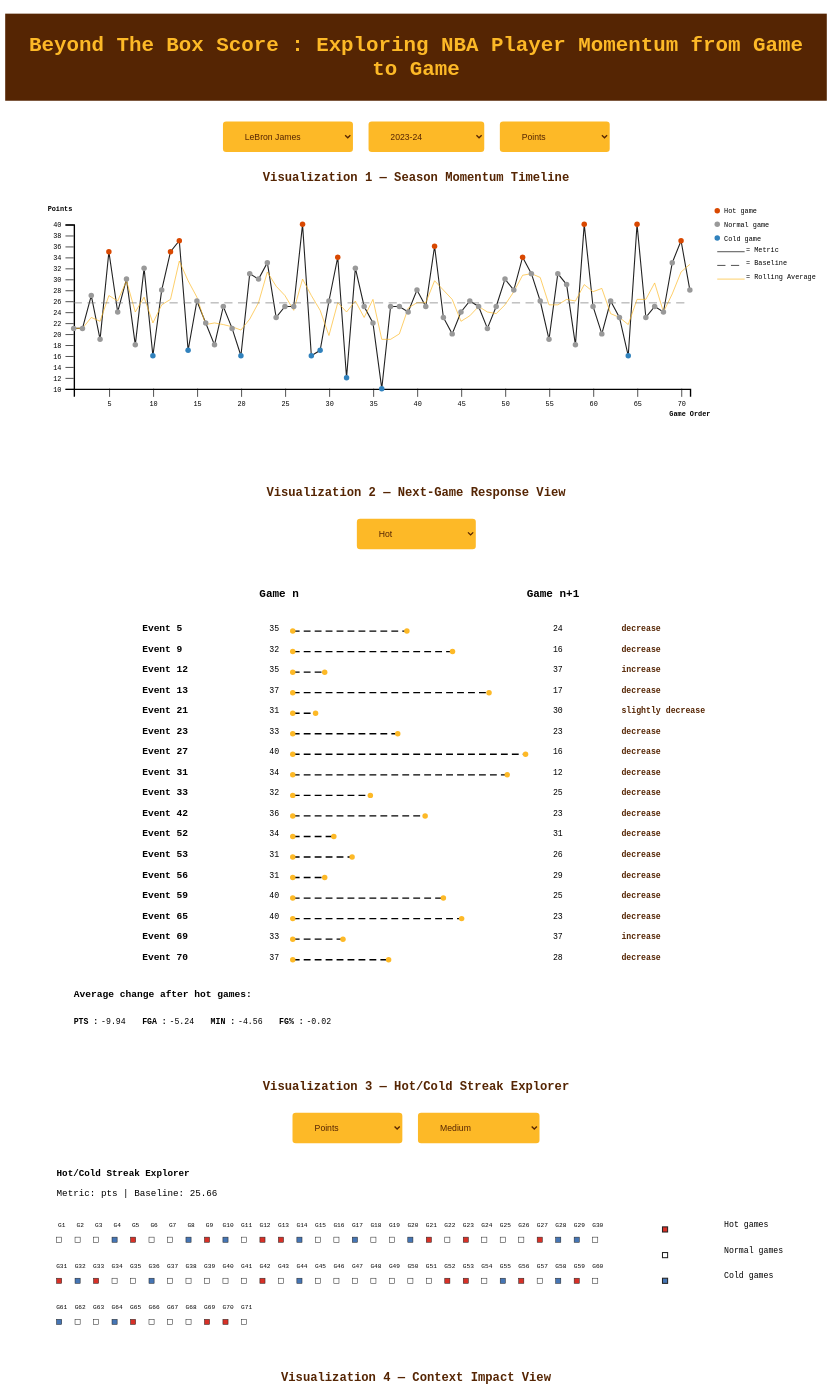
Repository: houdafatih/Data-Viz-Project
Page: index.html
The author's editor kept a copy of each file at every save. The page is drawn from the files as they stood at one save, then again after the next save.
The browser window is 1280 px wide. The pictures show the whole page, at 65% of full size.

Above is the page before, as saved 2026-06-21 03:01:49.

### index.html
<!DOCTYPE html>
<html>
   <head>
    <meta charset="UTF-8"/>
    <title>Beyond The Box Score</title>
    <link rel="stylesheet" href="style.css" >
  </head>
  <body>
     <h1>Beyond The Box Score : Exploring NBA Player Momentum from Game to Game</h1>

     <div class="selection">
        <select id="playerSelect">
            <option selected disabled>Select a Player</option>
        </select>

        <select id="seasonSelect">
            <option selected disabled>Select a Season</option>
        </select>

        <select id="metricSelect">
            <option selected disabled>Select a metric</option>
            <option value="pts">Points</option>
            <option value="fga">FGA</option>
            <option value="min">Minutes</option>
            <option value="fg_pct">FG%</option>
            <option value="plus_minus">Plus/Minus</option>
        </select>
     </div>

     <h3>Visualization 1 — Season Momentum Timeline</h3>
     <div id="vizual1"></div>

     <h3>Visualization 2 — Next-Game Response View</h3>
     <div class="selection">
        <select id="performanceSelect">
            <option selected disabled>Select event type</option>
            <option value="all">All</option>
            <option value="hot">Hot</option>
            <option value="cold">Cold</option>
            <option value="normal">Normal</option>
        </select>
     </div>
     <div id="vizual2"></div>

     <h3>Visualization 3 — Hot/Cold Streak Explorer</h3>
     <div class="selection">
        <select id="metricSelectV3">
            <option selected disabled>Select a metric</option>
            <option value="pts">Points</option>
            <option value="fga">FGA</option>
            <option value="min">Minutes</option>
            <option value="fg_pct">FG%</option>
            <option value="plus_minus">Plus/Minus</option>
        </select>
        <select id="thresholdSelect">
        <option selected disabled>Select a threshold</option>
            <option value="loose">Loose</option>
            <option value="medium">Medium</option>
            <option value="strict">Strict</option>
        </select>
     </div>
     <div id="vizual3"></div>


     <h3>Visualization 4 — Context Impact View</h3>
     <div id="vizual4"></div>

  </body>
  <script src="https://d3js.org/d3.v7.min.js"></script>
  <script type="module" src="index.js"></script>
</html>

### style.css
body{
    padding: 0px;
}
h1{
  text-align: center;
  font-size: 2rem;
  font-family: "Courier New", Courier, monospace;
  color : #fdb927;
  background-color: #552503;
  padding: 30px;

}
.selection{
    text-align: center;
}
select{
    margin: 10px;
    padding: 15px 30px;
    border-radius: 5px;
    border: none;
    background: #fdb927;
    color:#552503;

}
select option:hover{
    background-color: #fdb927;
}



h3{
    color: #552503;
    font-family: "Courier New", Courier, monospace;
    text-align: center;
}
.tick{
    font-size: 5px;
}
line{
    stroke-width: 0.5px;
}
.label{
    color: #552503;
    font-family: "Courier New", Courier, monospace;
    font-weight: bold;
}

.tooltip{
    position: fixed;
    background: wheat;
    border: 1px solid #ccc;
    padding: 10px;
    font-size: 15px;
    opacity: 0;
    pointer-events: none;

}
text{
    font-family: "Courier New", Courier, monospace;
}
.tooltip2{
    position: fixed;
    background: #fdb927;
    border: 1px solid #ccc;
    padding: 10px;
    font-size: 15px;
    visibility: hidden;
    pointer-events: none;
}
.line2{
    stroke-width: 1px;
}

### index.js
import {playersData,seasonData} from "./scripts/utils.js";
import { drawVisualization1 } from "./scripts/visualization1.js";
import { drawVisualization2 } from "./scripts/visualization2.js";
import { drawVisualization3 } from "./scripts/visualization3.js";

d3.csv("data/nba.csv").then(function(data){

   data.forEach(element => {
        element.player_id = +element.player_id
        element.game_index = +element.game_index
        element.pts = +element.pts
        element.fga = +element.fga
        element.min = +element.min
        element.fg_pct = +element.fg_pct
        element.plus_minus = +element.plus_minus
        element.next_pts = +element.next_pts
        element.next_fga = +element.next_fga
        element.next_min = +element.next_min
        element.next_fg_pct = +element.next_fg_pct
        element.rolling_pts_avg_3 = +element.rolling_pts_avg_3
        element.baseline_pts = +element.baseline_pts
        element.pts_diff_from_baseline = +element.pts_diff_from_baseline
        element.streak_length = +element.streak_length
   });

   playersData(data)
   seasonData(data)

   const nba_data = data

   d3.select("#playerSelect").property("value",nba_data[0].player_name)

   d3.select("#seasonSelect").property("value",nba_data[0].season_year)

   d3.select("#metricSelect").property("value","pts")

   d3.select("#performanceSelect").property("value","hot")

   d3.select("#metricSelectV3").property("value","pts")

   d3.select("#thresholdSelect").property("value","medium")

   updateVisualizations(nba_data)


   d3.select("#playerSelect").on("change",() => updateVisualizations(nba_data))
   d3.select("#seasonSelect").on("change",() => updateVisualizations(nba_data))
   d3.select("#metricSelect").on("change",() => updateVisualizations(nba_data))
   d3.select("#performanceSelect").on("change",() => updateVisualizations(nba_data))
   d3.select("#metricSelectV3").on("change",() => updateVisualizations(nba_data))
   d3.select("#thresholdSelect").on("change",() => updateVisualizations(nba_data))

})

function updateVisualizations(nba_data){
    const player = d3.select("#playerSelect").property("value")
    const season = d3.select("#seasonSelect").property("value")
    const metric = d3.select("#metricSelect").property("value")

    const eventT = d3.select("#performanceSelect").property("value")

    const metricv3 = d3.select("#metricSelectV3").property("value")
    const threshold =d3.select("#thresholdSelect").property("value")

    if(player === "Select a Player" || season === "Select a Season" || metric === "Select a metric"){
        return
    }

    let data_filter = nba_data.filter(d => d.player_name === player && d.season_year == season)
    drawVisualization1(data_filter,"#vizual1",metric)

    if(eventT === "Select event type"){
        return
    }
    drawVisualization2(data_filter,"#vizual2",metric,eventT)

    if(metricv3 === "Select a metric" || threshold === "Select a threshold"){
        return
    }
    drawVisualization3(data_filter,"#vizual3",metricv3,threshold)
}

### scripts/utils.js
export function playersData(data){
    const players_list = [...new Set(data.map(dt => dt.player_name))]

    d3.select("#playerSelect").selectAll(".players-options").data(players_list)
    .enter().append("option").attr("class","players-options").attr("value",dt=>dt).text(dt => dt)
}

export function seasonData(data){
    const seasons_list = [...new Set(data.map(dt => dt.season_year))]
    d3.select("#seasonSelect").selectAll(".seasons-options").data(seasons_list)
    .enter().append("option").attr("class","seasons-options").attr("value",dt=>dt).text(dt => dt)
}

### scripts/visualization1.js
export function drawVisualization1(data,id,metric){
     if(data.length === 0) {
        clearCanvas(id)
        return
    }
     const canvas = createCanvas()

     clearCanvas(id)

     const svg = addSvg(id,canvas)
     const sc = addScales(data,canvas,metric)

     addAxes(svg,sc,canvas)
     addMetricLine(svg,sc,data,metric)
     addAverageLine(svg,sc,data,metric)
     addBaselineLine(svg,sc,data,metric)
     addPoints(svg,sc,data,metric)
     addLabels(svg,canvas,metric)

     addLegends(svg,canvas)
}

function createCanvas(){
    return{
        width : 600, height: 200, margin:{top: 20,right:100, bottom:60, left:50}
    }
}

function clearCanvas(id){
    d3.select(id).html("")
}

function addSvg(id,canvas){
    return d3.select(id).append("svg").attr("viewBox",`0 0 ${canvas.width} ${canvas.height}`)
}

function addScales(data,canvas,metric){
    const xScale =
    d3.scaleLinear().domain(d3.extent(data,dt => dt.game_index))
    .range([canvas.margin.left,canvas.width - canvas.margin.right])

    const yScale =
      d3.scaleLinear().domain([d3.min(data,d => d[metric]),d3.max(data,d => d[metric])])
      .nice().range([canvas.height - canvas.margin.bottom,canvas.margin.top])

    return {xScale,yScale}
}

function addAxes(svg, scales, canvas){
    svg.append("g").attr("transform",`translate(0, ${canvas.height - canvas.margin.bottom})`)
    .call(d3.axisBottom(scales.xScale))

    svg.append("g").attr("transform",`translate(${canvas.margin.left},0)`)
    .call(d3.axisLeft(scales.yScale))
}

function addMetricLine(svg,scales,data,metric){
    let line = d3.line().x(d => scales.xScale(d.game_index)).y(d => scales.yScale(d[metric]))

    svg.append("path").datum(data).attr("fill","none").attr("stroke","#222")
     .attr("stroke-width",0.8).attr("d",line)
}

function addAverageLine(svg,scales,data,metric){
    if(metric != "pts") return
    let avg_line = d3.line().x(d => scales.xScale(d.game_index)).y(d => scales.yScale(d.rolling_pts_avg_3))

    svg.append("path").datum(data).attr("fill","none").attr("stroke","#fdb927")
     .attr("stroke-width",0.5).attr("d",avg_line)
}

function addBaselineLine(svg,scales,data,metric){

    let base_line = d3.mean(data,d => d[metric])


    svg.append("line")
    .attr("x1",scales.xScale(d3.min(data,dt => dt.game_index))).attr("x2",scales.xScale(d3.max(data,dt => dt.game_index)))
    .attr("y1",scales.yScale(base_line)).attr("y2",scales.yScale(base_line))
    .attr("stroke","#777").attr("stroke-dasharray","6 4")
}

function addPoints(svg,scales,data,metric){
    const tooltip = toolTip()

    svg.selectAll("circle").data(data).enter()
     .append("circle").attr("class","game-pt")
     .attr("cx", d => scales.xScale(d.game_index))
     .attr("cy",d => scales.yScale(d[metric]))
     .attr("r",2).attr("fill",d => colorPoint(d.performance_label))
     .on("mouseover",function(event,d){
        d3.select(this).attr("r",3)
        tooltip.style("opacity",1).html(tooltipInformations(d))
     })
     .on("mousemove",function(event){
        tooltip.style("left",event.clientX+15+"px")
          .style("top",event.clientY-20+"px")
     })
     .on("mouseout",function(){
        d3.select(this)
        .attr("r",2)
        tooltip.style("opacity",0)
     })
     //.on("click",function(event,d){
       // highlightGameandNextGame(svg,data,d)
    // })



}

function colorPoint(perf){
    if(perf === "hot") return "#d94801"
    if(perf === "cold") return "#3182bd"
    return "#999"
}

function addLabels(svg,canvas,metric){
    svg.append("text").attr("class","label")
    .attr("x",canvas.width - 100).attr("y",canvas.height-40)
    .attr("text-anchor","middle").attr("font-size","5px")
    .text("Game Order")

    svg.append("text").attr("class","label")
    .attr("x",40).attr("y",10)
    .attr("text-anchor","middle").attr("font-size","5px")
    .text(metricName(metric))
}

function metricName(metric){
    if(metric === "pts") return "Points"
    if(metric === "fga") return "Field Goal Attempts"
    if(metric === "min") return "Minutes"
    if(metric === "fg_pct") return "Field Goal Percentage"
    if(metric === "plus_minus") return "Plus / Minus"
}

function addLegends(svg,canvas){
    const lg = svg.append("g").attr("transform",
        `translate(${canvas.width - canvas.margin.right+20},${canvas.margin.top-10})`)


    lg.append("circle").attr("cx",0).attr("cy",0).attr("r",2).attr("fill","#d94801")
    lg.append("text").attr("x",5).attr("y",2).text("Hot game").attr("font-size","5px")

    lg.append("circle").attr("cx",0).attr("cy",10).attr("r",2).attr("fill","#999")
    lg.append("text").attr("x",5).attr("y",12).text("Normal game").attr("font-size","5px")

    lg.append("circle").attr("cx",0).attr("cy",20).attr("r",2).attr("fill","#3182bd")
    lg.append("text").attr("x",5).attr("y",22).text("Cold game").attr("font-size","5px")


    lg.append("line").attr("x1",0).attr("x2",20).attr("y1",30).attr("y2",30)
    .attr("stroke","black").attr("stroke-width",2)
    lg.append("text").attr("x",21).attr("y",30).text(" = Metric").attr("font-size","5px")

    lg.append("line").attr("x1",0).attr("x2",20).attr("y1",40).attr("y2",40)
    .attr("stroke","black").attr("stroke-dasharray","6 4")
    lg.append("text").attr("x",21).attr("y",40).text(" = Baseline").attr("font-size","5px")

    lg.append("line").attr("x1",0).attr("x2",20).attr("y1",50).attr("y2",50)
    .attr("stroke-width",2).attr("stroke","#fdb927")
    lg.append("text").attr("x",21).attr("y",50).text(" = Rolling Average").attr("font-size","5px")
}

function toolTip(){
    let tooltip = d3.select("body").select(".tooltip")
    if(tooltip.empty()){
        tooltip = d3.select("body").append("div").attr("class","tooltip")
    }

    return tooltip
}

function tooltipInformations(data){
    return `<strong> Game ${data.game_index} </strong><br>
            Date : ${data.game_date}<br>
            Home/Away : ${data.home_away}<br>
            Points : ${data.pts}<br>
            Minutes : ${data.min}<br>
            FGA : ${data.fga}<br>
            Next Game Points : ${data.next_pts}<br>`
}

function highlightGameandNextGame(svg,data,selected){
    const nextG = data.find(d => d.game_index === selected.game_index + 1)

    svg.selectAll(".game-point").attr("r",8).attr("stroke","none").attr("opacity",0.4)

    svg.selectAll(".game-point").filter(d => d.game_index === selected.game_index)
    .attr("stroke","black").attr("stroke-width",3).attr("r",5).attr("opacity",1)

    if(nextG){
        svg.selectAll(".game-point").filter(d => d.game_index === nextG.game_index)
       .attr("stroke","#3182bd").attr("stroke-width",3).attr("r",8).attr("opacity",1)
    }
}

### scripts/visualization2.js
export function drawVisualization2(data,id,metric,eventT){
    if(data.length === 0) {
        clearCanvas(id)
        return
    }


     let new_data = createData(data,metric)

     if(eventT !== "all"){
        new_data = new_data.filter(d => performance_filter(d.current_g,data,metric) === eventT)
     }

     const canvas = createCanvas(new_data)

     clearCanvas(id)

     const svg = addSvg(id,canvas)

     draw_Header(svg,200,400)
     draw_Rows(svg,new_data,200,400,canvas.margin,15)
     addSummaryCard(svg,new_data,eventT,canvas)

}
function createCanvas(new_data){
    return{
        width : 600, height: 100 + new_data.length *16 , margin:{top: 20,right:100, bottom:60, left:50}
    }
}

function clearCanvas(id){
    d3.select(id).html("")
}

function addSvg(id,canvas){
    return d3.select(id).append("svg").attr("viewBox",`0 0 ${canvas.width} ${canvas.height}`)
}

function createData(data,metric){
   const new_data = data.slice().sort((a,b) => a.game_index - b.game_index)

   return new_data.slice(0,-1).map((d,j) => {
      const nextG = new_data[j+1]

      return {
        eventN: j+1,
        game_idx : d.game_index,
        nextg_index : nextG.game_index,
        current_v: d[metric],
        next_v : nextG[metric],
        difference : nextG[metric] - d[metric],
        current_g : d,
        next_g : nextG
      }
   })
}

function draw_Header(svg,left,right){
    svg.append("text").attr("x",left).attr("y",30)
    .attr("text-anchor","middle").attr("font-weight","bold").attr("font-size","8px").text("Game n")

    svg.append("text").attr("x",right).attr("y",30)
    .attr("text-anchor","middle").attr("font-weight","bold").attr("font-size","8px").text("Game n+1")

}

function draw_Rows(svg,new_data,left,right,margin,r_height){
    const tooltip = toolTip2(new_data)

    const rows = svg.selectAll(".response-row").data(new_data).enter()
     .append("g").attr("class","response-row")
     .attr("transform",(d,j) => `translate(0,${margin.top+j*r_height})`)

    rows.append("text").attr("x",100).attr("y",35).text(d =>`Event ${d.eventN}` )
     .attr("font-size","7px").attr("font-weight","bold")
    rows.append("text").attr("x",left).attr("y",35).attr("text-anchor","end").text(d => d.current_v).attr("font-size","6px")

    const line_scale = d3.scaleLinear().domain([0,d3.max(new_data, d => Math.abs(d.difference))]).range([20,180])

    rows.append("line").attr("x1",left+10).attr("class","line2")
    .attr("x2",d => { const l= line_scale(Math.abs(d.difference))
        return left+l

    })
    .attr("y1",35).attr("y2",35).attr("stroke","black").attr("stroke-dasharray","5 3")
    .on("mouseover",function(event,d){
        tooltip.style("visibility","visible").html(tooltipInformations2(d))
     })
     .on("mousemove",function(event){
        tooltip.style("left",event.clientX+15+"px")
          .style("top",event.clientY-20+"px")
     })
     .on("mouseout",function(){
        tooltip.style("visibility","hidden")
     })

    rows.append("circle").attr("cx",left+10).attr("cy",35).attr("r",2).attr("fill","#fdb927")
    rows.append("circle").attr("cx",d => { const l= line_scale(Math.abs(d.difference))
        return left+l

    }).attr("cy",35).attr("r",2).attr("fill","#fdb927")

    rows.append("text").attr("x",right).attr("y",35).text(d => d.next_v).attr("font-size","6px")

    rows.append("text").attr("x",right+50).attr("y",35).text(d => difference_label(d.difference))
    .attr("font-size","6px").attr("fill","#552503").attr("font-weight","bold")

}

function difference_label(diff){
    if(diff > 1) return "increase"
    if(diff < -1) return "decrease"
    if(diff < 0) return "slightly decrease"
    if(diff > 0) return "slightly increase"
    return "stable"
}

function performance_filter(d,data,metric){
   const bLine = d3.mean(data,dt => dt[metric])
   const th = Math.abs(bLine) * 0.2
   const dv = d[metric] - bLine

   if(dv > th) return "hot"
   if(dv < -th) return "cold"
   return "normal"
}

function addSummaryCard(svg,new_data,eventT,canvas){

    svg.append("text").attr("x",50).attr("y",canvas.height-50)
    .attr("font-weight","bold").text(`Average change after ${eventT} games:`).attr("font-size","7px")

    const metrics_change = new_data.map(d => {
        const pts = d.current_g["next_pts"] - d.current_g["pts"]
        const fga = d.current_g["next_fga"] - d.current_g["fga"]
        const min = d.current_g["next_min"] - d.current_g["min"]
        const fg_pct = d.current_g["next_fg_pct"] - d.current_g["fg_pct"]

        return {"pts":pts,"fga":fga,"min":min,"fg_pct":fg_pct}
    })

    const means = [
        {"avg":d3.mean(metrics_change,d => d.pts),"name":"PTS"},
        {"avg":d3.mean(metrics_change,d => d.fga),"name":"FGA"},
        {"avg":d3.mean(metrics_change,d => d.min),"name":"MIN"},
        {"avg":d3.mean(metrics_change,d => d.fg_pct),"name":"FG%"}
    ]

    means.forEach((element,i) => {
        let position = canvas.margin.left+i*50
        svg.append("text").attr("x",position).attr("y",canvas.height-30)
        .attr("font-size","6px").attr("font-weight","bold")
        .text(`${element.name} : `)
        svg.append("text").attr("x",position+20).attr("y",canvas.height-30)
        .attr("font-size","6px")
        .text(`${element.avg.toFixed(2)}`)

    });

}

function toolTip2(){
    let tooltip = d3.select("body").select(".tooltip2")
    if(tooltip.empty()){
        tooltip = d3.select("body").append("div").attr("class","tooltip2")
    }

    return tooltip
}

function tooltipInformations2(data){
    console.log(data)
    return `<strong> Game n - Date: ${data.current_g["game_date"]} </strong><br>
            <strong> Game n - Opponent: ${data.current_g["opponent"]} </strong><br>
            <strong> Game n - Points: ${data.current_g["pts"]} </strong><br>
            <strong> Game n+1 - Date: ${data.next_g["game_date"]} </strong><br>
            <strong> Game n+1 - Opponent: ${data.next_g["opponent"]} </strong><br>
            <strong> Game n+1 - Points: ${data.next_g["pts"]} </strong><br>
    `
}

### scripts/visualization3.js

const colors_labels = [
    {lab:"Hot games",color:"#d73027"},
    {lab:"Normal games",color:"#fff"},
    {lab:"Cold games",color:"#4575b4"}
]
export function drawVisualization3(data,id,metric,threshold){
     if(data.length === 0) {
        clearCanvas(id)
        return
    }
     const canvas = createCanvas()

     clearCanvas(id)

     const svg = addSvg(id,canvas)

     const baseline_classif = calculateBaselineAndClassifyGames(data,metric)
     const scale = colorScale()

     addTitle(svg,canvas,baseline_classif.baseline,metric)

     addLablels(svg,baseline_classif.classification,canvas)

     addCells(svg,baseline_classif.classification,canvas,scale)

     addLegends(svg,canvas)

}

function createCanvas(){
    return{
        width : 800, height: 200, margin:{top: 20,right:100, bottom:60, left:50}
    }
}

function clearCanvas(id){
    d3.select(id).html("")
}

function addSvg(id,canvas){
    return d3.select(id).append("svg").attr("viewBox",`0 0 ${canvas.width} ${canvas.height}`)
}

function calculateBaselineAndClassifyGames(data,metric)
{
  const baseline = d3.mean(data,dt=> dt[metric])

  const classification = data.map((d,j)=> {
    let perf_label = ""
    if(d[metric] > baseline + 5){
        perf_label = "hot"
    }else if(d[metric] < baseline - 5){
        perf_label = "cold"
    }
    else perf_label = "normal"

    return {
        ...d,
        g_num : j+1,
        perf_label:perf_label,
        difference : d[metric] - baseline
    }
  })

    return{
        baseline : baseline,
        classification : classification
    }
}

function colorScale(){
    const color_sc = d3.scaleOrdinal()
    .domain(["hot","normal","cold"])
    .range(["#d73027","#fff","#4575b4"])
    return color_sc
}

function addTitle(svg,canvas,baseline,metric){
    svg.append("text").attr("x",canvas.margin.left).attr("y",25).attr("font-size","9px")
    .attr("font-weight","bold").text("Hot/Cold Streak Explorer")

    svg.append("text").attr("x",canvas.margin.left).attr("y",45).attr("font-size","9px")
    .text(`Metric: ${metric} | Baseline: ${baseline.toFixed(2)}`)
}

function addLablels(svg, classification,canvas){
    const num = 30
    svg.selectAll(".game-label").data(classification).enter().append("text").attr("class","game-label")
    .attr("x",(d,j) => canvas.margin.left + (j%num) * 18 + 10 /2).attr("y",(d,j) => 75 + (Math.floor(j/num))*40)
    .attr("text-anchor","middle").attr("font-size","6px").text(d => `G${d.g_num}`)
}

function addCells(svg, classification,canvas,scale){
    const num = 30
    svg.selectAll(".game-cell").data(classification).enter().append("rect").attr("class","game-cell")
    .attr("x",(d,j) => canvas.margin.left + (j%num) * 18).attr("y",(d,j) => 85 + (Math.floor(j/num))*40).attr("width",5).attr("height",5)
    .attr("fill",d => scale(d.perf_label)).attr("stroke","#222").attr("stroke-width",0.5)
}

function addLegends(svg,canvas){
    svg.selectAll(".legend-rec").data(colors_labels).enter().append("rect").attr("class",".legend-rec")
    .attr("x",canvas.width - 160).attr("y",(d,j) => 75 + j * 25)
    .attr("width",5).attr("height",5).attr("fill",d => d.color).attr("stroke","#222")

    svg.selectAll(".legend-tex").data(colors_labels).enter().append("text").attr("class",".legend-tex")
    .attr("x",canvas.width - 100).attr("y",(d,j) => 75 + j * 25).attr("font-size","8px").text(d => d.lab)
}

After the next save:
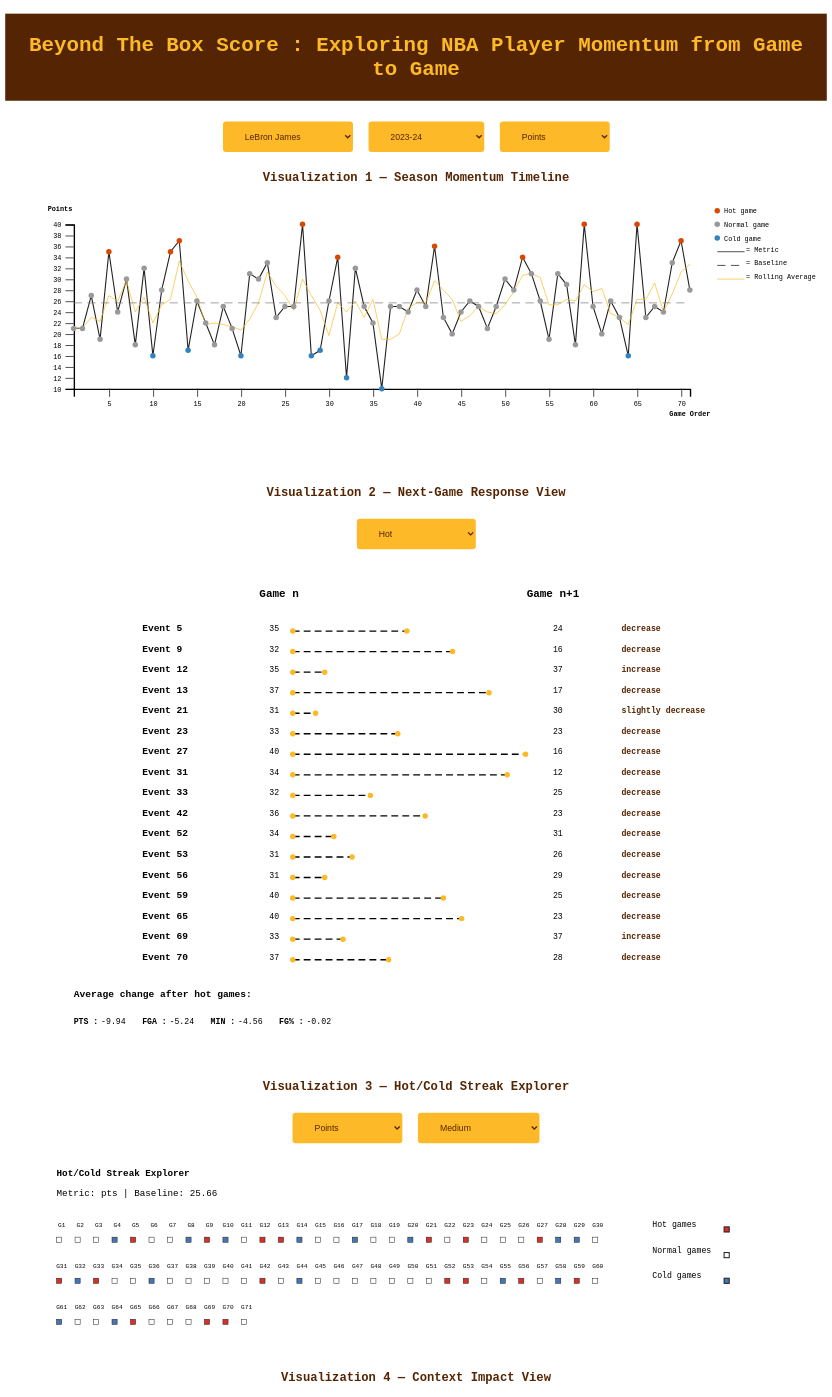
Saved 8 s later.
--- a/scripts/visualization3.js
+++ b/scripts/visualization3.js
@@ -100,9 +100,9 @@
 
 function addLegends(svg,canvas){
     svg.selectAll(".legend-rec").data(colors_labels).enter().append("rect").attr("class",".legend-rec")
-    .attr("x",canvas.width - 160).attr("y",(d,j) => 75 + j * 25)
+    .attr("x",canvas.width - 100).attr("y",(d,j) => 75 + j * 25)
     .attr("width",5).attr("height",5).attr("fill",d => d.color).attr("stroke","#222")
 
     svg.selectAll(".legend-tex").data(colors_labels).enter().append("text").attr("class",".legend-tex")
-    .attr("x",canvas.width - 100).attr("y",(d,j) => 75 + j * 25).attr("font-size","8px").text(d => d.lab)
+    .attr("x",canvas.width - 170).attr("y",(d,j) => 75 + j * 25).attr("font-size","8px").text(d => d.lab)
 }
